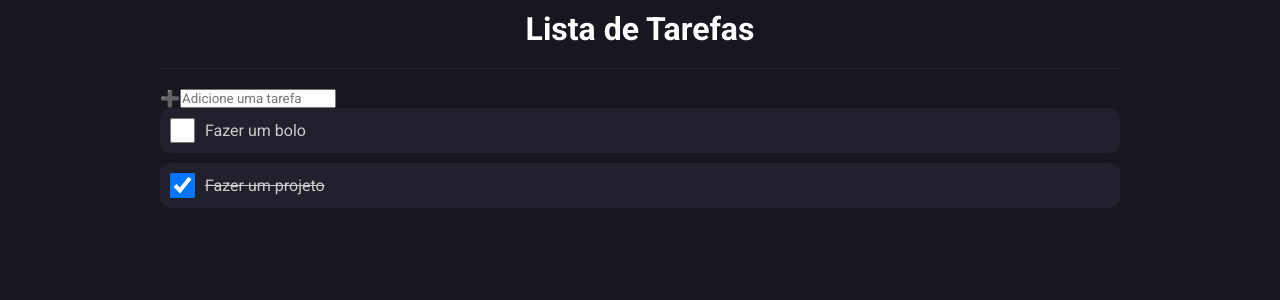
Repository: guilhermecardoso93/todolist-app
Page: /
The author's editor kept a copy of each file at every save. The page is drawn from the files as they stood at one save, then again after the next save.
The browser window is 1280 px wide. The pictures show the whole page.
The project was rebuilt for these pictures with package versions that can differ from the ones it lists, and the page was loaded fresh each time. Also part of the build but not shown: vite.config.ts.

Above is the page before, as saved 2022-11-12 22:40:00.

After the next save:
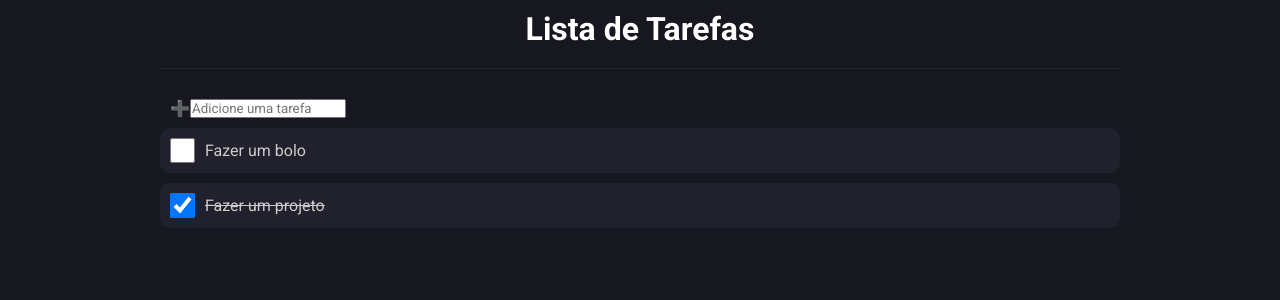
Saved 20 s later.
--- a/src/components/AddTask/AddTask.styles.ts
+++ b/src/components/AddTask/AddTask.styles.ts
@@ -5,6 +5,9 @@ export const Container = styled.div`
   align-items: center;
   justify-content: start;
 
+  padding:10px;
+  border-radius: 10pz;
+
 
 
 `;
